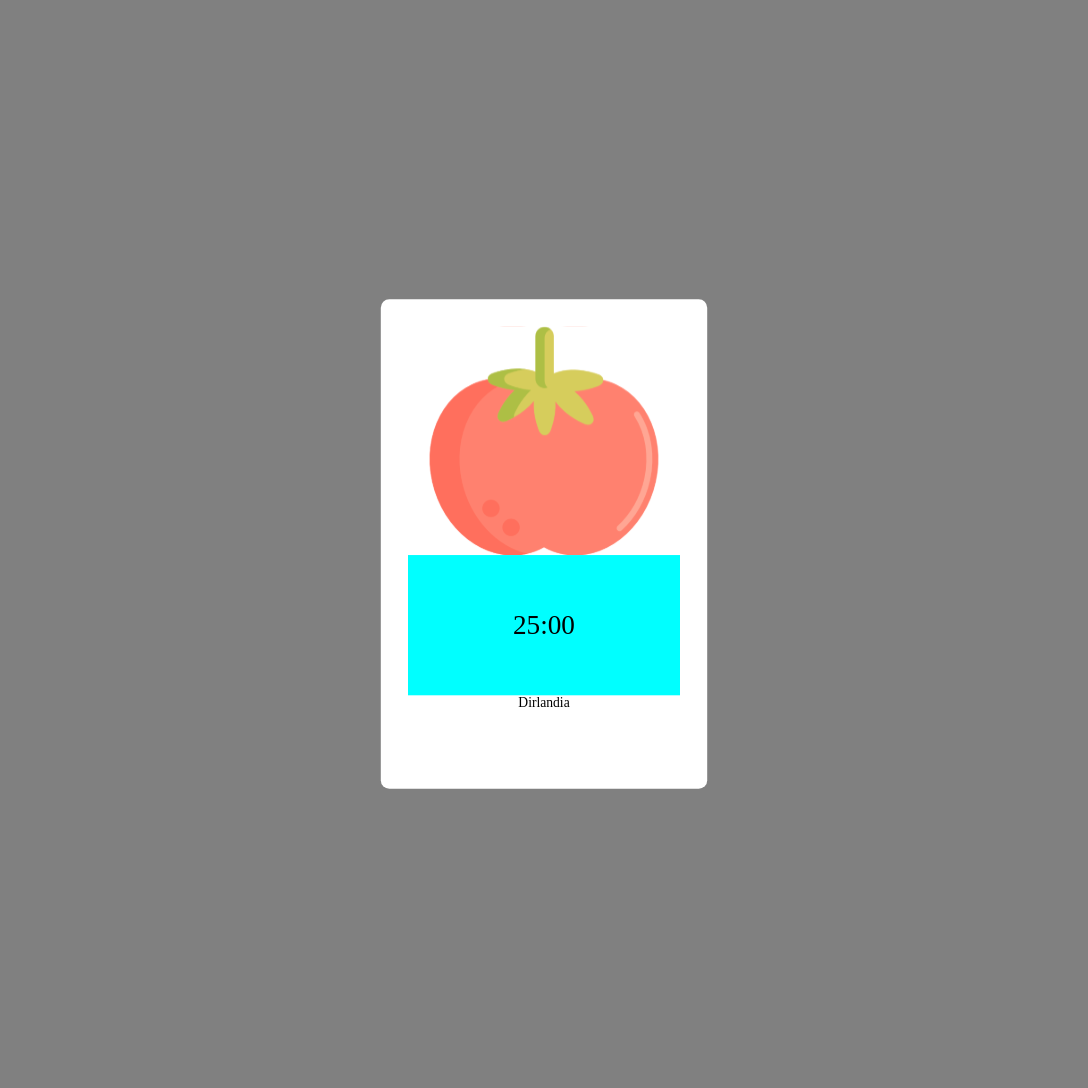
Repository: Dirlandia404/pomodoro
Page: /
These files come from the project's save history. The page is drawn as it stood at one moment and after the next save; the edit follows.
The browser window is 1280 px wide. The pictures show the whole page, at 85% of full size.
The project was rebuilt for these pictures with package versions that can differ from the ones it lists, and the page was loaded fresh each time.

Above is the page before, as saved 2021-11-24 23:33:13.

### public/index.html
<!DOCTYPE html>
<html lang="en">

<head>
  <meta charset="utf-8" />
  <link rel="icon" href="%PUBLIC_URL%/image 1.png" />
  <meta name="viewport" content="width=device-width, initial-scale=1" />
  <meta name="theme-color" content="#000000" />
  <meta name="description" content="Web site created using create-react-app" />
  <link rel="apple-touch-icon" href="%PUBLIC_URL%/logo192.png" />
  <!--
      manifest.json provides metadata used when your web app is installed on a
      user's mobile device or desktop. See https://developers.google.com/web/fundamentals/web-app-manifest/
    -->
  <link rel="manifest" href="%PUBLIC_URL%/manifest.json" />
  <!--
      Notice the use of %PUBLIC_URL% in the tags above.
      It will be replaced with the URL of the `public` folder during the build.
      Only files inside the `public` folder can be referenced from the HTML.

      Unlike "/favicon.ico" or "favicon.ico", "%PUBLIC_URL%/favicon.ico" will
      work correctly both with client-side routing and a non-root public URL.
      Learn how to configure a non-root public URL by running `npm run build`.
    -->
  <title>Pomodoro Clock</title>
</head>

<body>
  <noscript>You need to enable JavaScript to run this app.</noscript>
  <div id="root"></div>
  <!--
      This HTML file is a template.
      If you open it directly in the browser, you will see an empty page.

      You can add webfonts, meta tags, or analytics to this file.
      The build step will place the bundled scripts into the <body> tag.

      To begin the development, run `npm start` or `yarn start`.
      To create a production bundle, use `npm run build` or `yarn build`.
    -->
</body>

</html>

### src/index.jsx
import React from "react";
import ReactDOM from "react-dom";
import Clock from "./componentes/Primeiro";

function App() {
    const  tempo ={time:25};

    return(
        <div className="App">
            <Clock trabalho={tempo} />
        </div>
    );
}
ReactDOM.render(
    <App />,
    document.getElementById("root")
)

### src/componentes/Primeiro.jsx
import { useEffect, useState } from "react";
import "./componente.css";

function Clock(props){
  const [time, setTime] = useState(25);

    const tick = () =>{
        if(time === 0){
            reset();
        }else{
            setTime([time -1]);
        }
    }
    const reset = () => setTime(parseInt(time));

    useEffect(() =>{
        const timerId = setInterval(() => tick, 60);
        return () => clearInterval(timerId)
    })
    return (
        <main>
            <form action="">
                <img src="/tomato.svg" alt="Tomate" />
                <p class="time">25:00</p>
            </form>
           <p >Dirlandia</p>
        </main>
    );
}

export default Clock

### src/componentes/componente.css
*{
    margin: 0;
    border: 0;
    padding: 0;
}
body{
    background-color: grey;
    min-width: 100vw;
    min-height: 100vw;
    display: flex;

    text-align: center;
    align-items: center;
    justify-content: center;
}
main {
    background-color: white;
    min-width: 320px;
    min-height: 40vw;

    justify-content: center;

    padding: 2rem;
    border-radius: 10px;

}

form{
    display: flex;
    flex-direction: column;
}
img{
    width: 100%;
}
p.time {
    background-color: aqua;
    padding: 20%;
    font-size: 32px;
}

After the next save:
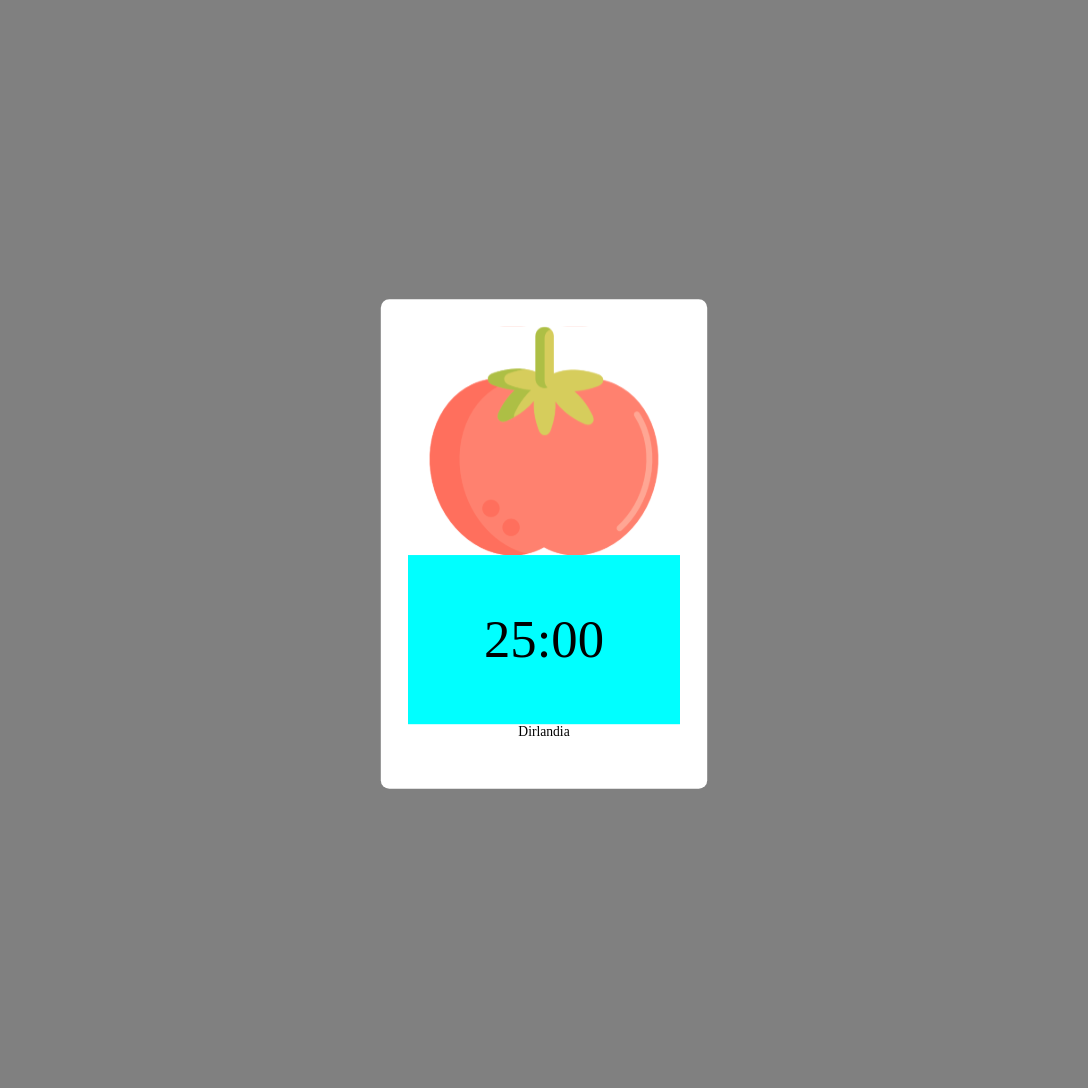
Saved 12 s later.
--- a/src/componentes/componente.css
+++ b/src/componentes/componente.css
@@ -35,5 +35,5 @@ img{
 p.time {
     background-color: aqua;
     padding: 20%;
-    font-size: 32px;
+    font-size: 62px;
 }
